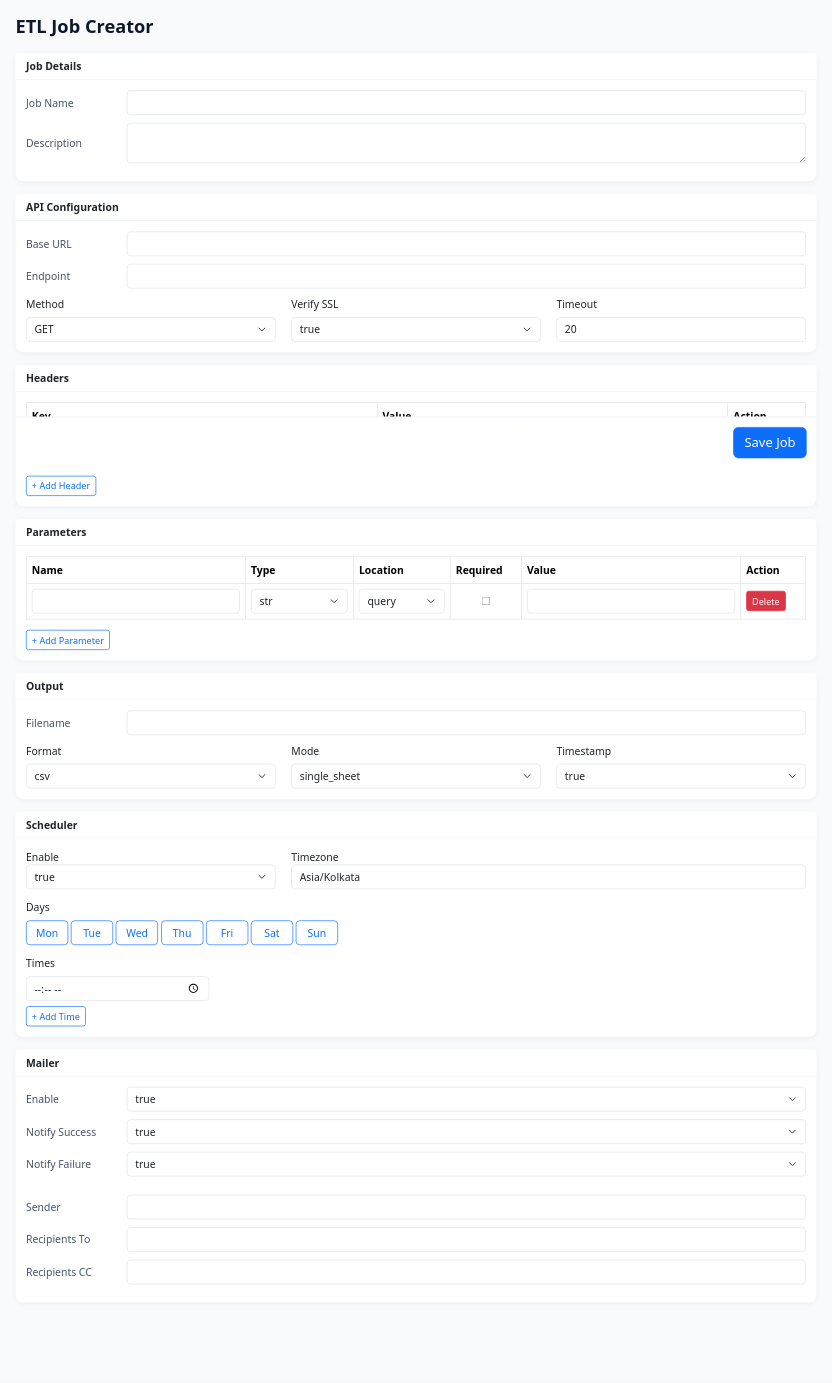
Repository: C0sCube/fetchapi
Page: example.html
The author's editor kept a copy of each file at every save. The page is drawn from the files as they stood at one save, then again after the next save.
The browser window is 1280 px wide. The pictures show the whole page, at 65% of full size.

Above is the page before, as saved 2026-06-09 23:34:43.

### example.html
<!DOCTYPE html>
<html lang="en">

<head>
    <meta charset="UTF-8">
    <meta name="viewport" content="width=device-width, initial-scale=1.0">

    <title>ETL Job Creator</title>

    <link href="https://cdn.jsdelivr.net/npm/bootstrap@5.3.3/dist/css/bootstrap.min.css" rel="stylesheet">

    <style>
        body {
            background: #f8fafc;
            color: #334155;
        }

        .page-title {
            font-weight: 700;
            color: #0f172a;
        }

        .section-card {
            border: none;
            border-radius: 12px;
            margin-bottom: 20px;
            box-shadow: 0 2px 10px rgba(0, 0, 0, .05);
        }

        .card-header {
            background: white;
            font-weight: 600;
            border-bottom: 1px solid #e2e8f0;
        }

        .form-label-fixed {
            width: 140px;
            font-weight: 500;
            color: #475569;
        }

        .form-row {
            display: flex;
            align-items: center;
            gap: 15px;
            margin-bottom: 12px;
        }

        .form-row .form-control,
        .form-row .form-select {
            flex: 1;
        }

        .day-btn {
            min-width: 65px;
        }

        .table td {
            vertical-align: middle;
        }

        .save-bar {
            position: sticky;
            bottom: 0;
            background: white;
            padding: 15px;
            border-top: 1px solid #e2e8f0;
        }
    </style>
</head>

<body>

    <div class="container-fluid px-4 py-4">

        <h3 class="page-title mb-4">
            ETL Job Creator
        </h3>

        <!-- JOB DETAILS -->
        <div class="card section-card">

            <div class="card-header">
                Job Details
            </div>

            <div class="card-body">

                <div class="form-row">
                    <label class="form-label-fixed">
                        Job Name
                    </label>

                    <input class="form-control">
                </div>

                <div class="form-row">
                    <label class="form-label-fixed">
                        Description
                    </label>

                    <textarea class="form-control" rows="2"></textarea>
                </div>

            </div>
        </div>

        <!-- API CONFIG -->
        <div class="card section-card">

            <div class="card-header">
                API Configuration
            </div>

            <div class="card-body">

                <div class="form-row">
                    <label class="form-label-fixed">
                        Base URL
                    </label>

                    <input class="form-control">
                </div>

                <div class="form-row">
                    <label class="form-label-fixed">
                        Endpoint
                    </label>

                    <input class="form-control">
                </div>

                <div class="row">

                    <div class="col-md-4">

                        <label class="form-label">
                            Method
                        </label>

                        <select class="form-select">
                            <option>GET</option>
                            <option>POST</option>
                            <option>PUT</option>
                            <option>PATCH</option>
                            <option>DELETE</option>
                        </select>

                    </div>

                    <div class="col-md-4">

                        <label class="form-label">
                            Verify SSL
                        </label>

                        <select class="form-select">
                            <option>true</option>
                            <option>false</option>
                        </select>

                    </div>

                    <div class="col-md-4">

                        <label class="form-label">
                            Timeout
                        </label>

                        <input class="form-control" value="20">

                    </div>

                </div>

            </div>
        </div>

        <!-- HEADERS -->
        <div class="card section-card">

            <div class="card-header">
                Headers
            </div>

            <div class="card-body">

                <table class="table table-bordered">

                    <thead>
                        <tr>
                            <th>Key</th>
                            <th>Value</th>
                            <th width="120">Action</th>
                        </tr>
                    </thead>

                    <tbody>

                        <tr>
                            <td>
                                <input class="form-control">
                            </td>

                            <td>
                                <input class="form-control">
                            </td>

                            <td>
                                <button class="btn btn-danger btn-sm">
                                    Delete
                                </button>
                            </td>
                        </tr>

                    </tbody>

                </table>

                <button class="btn btn-outline-primary btn-sm">
                    + Add Header
                </button>

            </div>

        </div>

        <!-- PARAMETERS -->
        <div class="card section-card">

            <div class="card-header">
                Parameters
            </div>

            <div class="card-body">

                <table class="table table-bordered">

                    <thead>
                        <tr>
                            <th>Name</th>
                            <th>Type</th>
                            <th>Location</th>
                            <th>Required</th>
                            <th>Value</th>
                            <th width="100">Action</th>
                        </tr>
                    </thead>

                    <tbody>

                        <tr>

                            <td>
                                <input class="form-control">
                            </td>

                            <td>
                                <select class="form-select">
                                    <option>str</option>
                                    <option>int</option>
                                    <option>float</option>
                                    <option>bool</option>
                                    <option>date</option>
                                    <option>datetime</option>
                                    <option>list</option>
                                </select>
                            </td>

                            <td>
                                <select class="form-select">
                                    <option>query</option>
                                    <option>body</option>
                                    <option>header</option>
                                    <option>path</option>
                                </select>
                            </td>

                            <td class="text-center">
                                <input type="checkbox">
                            </td>

                            <td>
                                <input class="form-control">
                            </td>

                            <td>
                                <button class="btn btn-danger btn-sm">
                                    Delete
                                </button>
                            </td>

                        </tr>

                    </tbody>

                </table>

                <button class="btn btn-outline-primary btn-sm">
                    + Add Parameter
                </button>

            </div>

        </div>

        <!-- OUTPUT -->
        <div class="card section-card">

            <div class="card-header">
                Output
            </div>

            <div class="card-body">

                <div class="form-row">
                    <label class="form-label-fixed">
                        Filename
                    </label>

                    <input class="form-control">
                </div>

                <div class="row">

                    <div class="col-md-4">

                        <label class="form-label">
                            Format
                        </label>

                        <select class="form-select">
                            <option>csv</option>
                            <option>excel</option>
                        </select>

                    </div>

                    <div class="col-md-4">

                        <label class="form-label">
                            Mode
                        </label>

                        <select class="form-select">
                            <option>single_sheet</option>
                            <option>multiple_sheet</option>
                        </select>

                    </div>

                    <div class="col-md-4">

                        <label class="form-label">
                            Timestamp
                        </label>

                        <select class="form-select">
                            <option>true</option>
                            <option>false</option>
                        </select>

                    </div>

                </div>

            </div>

        </div>

        <!-- SCHEDULER -->
        <div class="card section-card">

            <div class="card-header">
                Scheduler
            </div>

            <div class="card-body">

                <div class="row mb-3">

                    <div class="col-md-4">
                        <label>Enable</label>
                        <select class="form-select">
                            <option>true</option>
                            <option>false</option>
                        </select>
                    </div>

                    <div class="col-md-8">
                        <label>Timezone</label>
                        <input class="form-control" value="Asia/Kolkata">
                    </div>

                </div>

                <label class="form-label">
                    Days
                </label>

                <div class="mb-3">

                    <button class="btn btn-outline-primary day-btn">Mon</button>
                    <button class="btn btn-outline-primary day-btn">Tue</button>
                    <button class="btn btn-outline-primary day-btn">Wed</button>
                    <button class="btn btn-outline-primary day-btn">Thu</button>
                    <button class="btn btn-outline-primary day-btn">Fri</button>
                    <button class="btn btn-outline-primary day-btn">Sat</button>
                    <button class="btn btn-outline-primary day-btn">Sun</button>

                </div>

                <label class="form-label">
                    Times
                </label>

                <div class="row">

                    <div class="col-md-3">
                        <input type="time" class="form-control">
                    </div>

                </div>

                <button class="btn btn-outline-primary btn-sm mt-2">
                    + Add Time
                </button>

            </div>

        </div>

        <!-- MAILER -->
        <div class="card section-card">

            <div class="card-header">
                Mailer
            </div>

            <div class="card-body">

                <div class="row mb-3">

                    <div class="form-row">
                        <label class="form-label-fixed">
                            Enable
                        </label>

                        <select class="form-select">
                            <option>true</option>
                            <option>false</option>
                        </select>
                    </div>

                    <div class="form-row">
                        <label class="form-label-fixed">
                            Notify Success
                        </label>

                        <select class="form-select">
                            <option>true</option>
                            <option>false</option>
                        </select>
                    </div>
                    <div class="form-row">
                        <label class="form-label-fixed">
                            Notify Failure
                        </label>

                        <select class="form-select">
                            <option>true</option>
                            <option>false</option>
                        </select>
                    </div>

                </div>

                <div class="form-row">
                    <label class="form-label-fixed">
                        Sender
                    </label>

                    <input class="form-control">
                </div>

                <div class="form-row">
                    <label class="form-label-fixed">
                        Recipients To
                    </label>

                    <input class="form-control">
                </div>

                <div class="form-row">
                    <label class="form-label-fixed">
                        Recipients CC
                    </label>

                    <input class="form-control">
                </div>

            </div>

        </div>

        <div class="save-bar text-end">
            <button class="btn btn-primary btn-lg">
                Save Job
            </button>
        </div>

    </div>

</body>

</html>

After the next save:
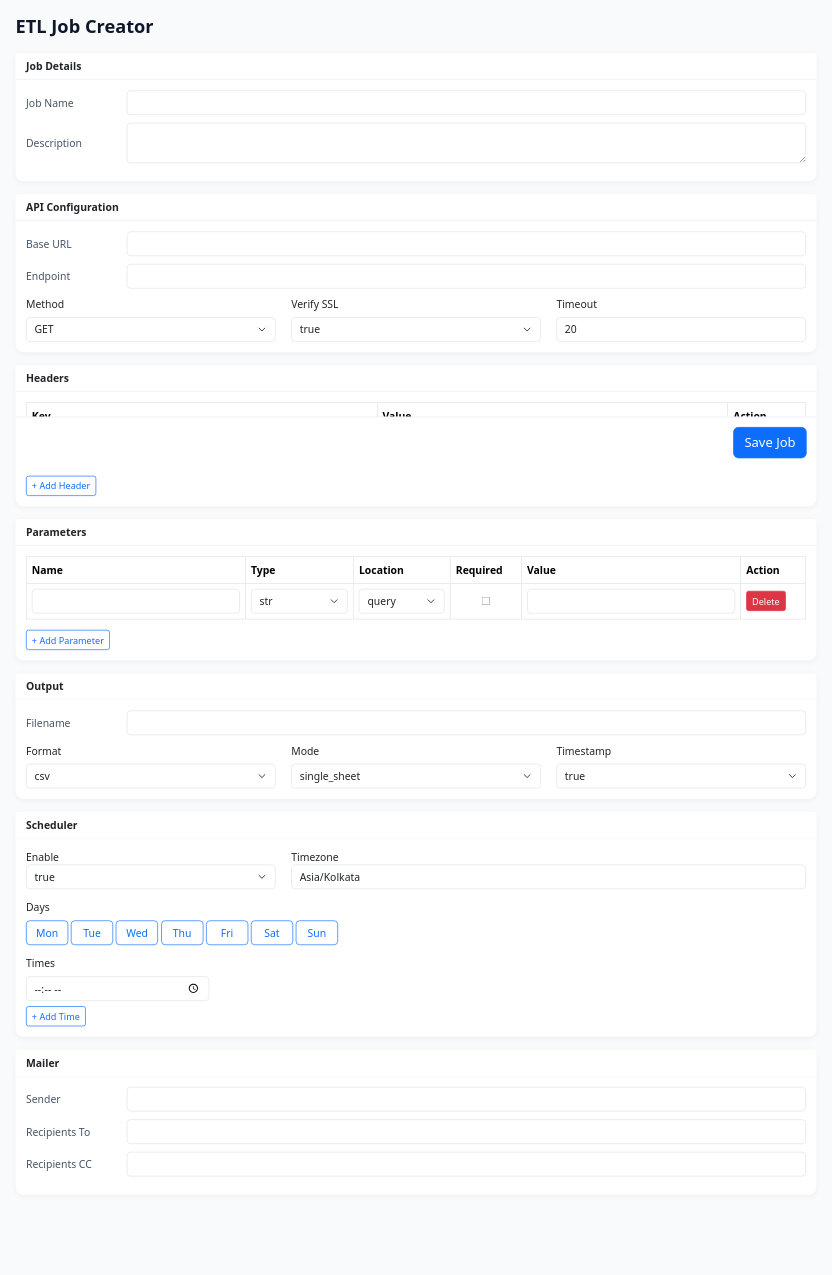
Saved 2 min 54 s later.
--- a/example.html
+++ b/example.html
@@ -439,41 +439,7 @@
 
             <div class="card-body">
 
-                <div class="row mb-3">
-
-                    <div class="form-row">
-                        <label class="form-label-fixed">
-                            Enable
-                        </label>
-
-                        <select class="form-select">
-                            <option>true</option>
-                            <option>false</option>
-                        </select>
-                    </div>
-
-                    <div class="form-row">
-                        <label class="form-label-fixed">
-                            Notify Success
-                        </label>
-
-                        <select class="form-select">
-                            <option>true</option>
-                            <option>false</option>
-                        </select>
-                    </div>
-                    <div class="form-row">
-                        <label class="form-label-fixed">
-                            Notify Failure
-                        </label>
-
-                        <select class="form-select">
-                            <option>true</option>
-                            <option>false</option>
-                        </select>
-                    </div>
-
-                </div>
+
 
                 <div class="form-row">
                     <label class="form-label-fixed">
